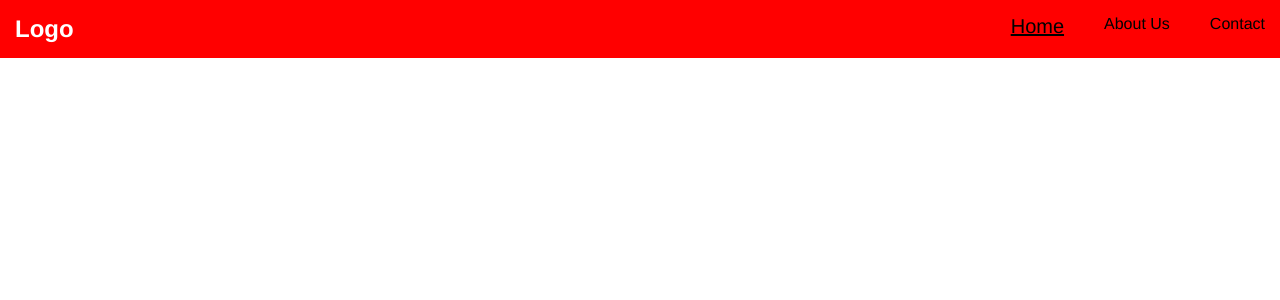
Repository: shreyajadhav13/TP_RP_05
Page: intermediate/assets/menu.html
The author's editor kept a copy of each file at every save. The page is drawn from the files as they stood at one save, then again after the next save.
The browser window is 1280 px wide. The pictures show the whole page.
The pointer rests on the first visible `.nav > div > ul > li`.

Above is the page before, as saved 2024-06-20 16:47:15.

### intermediate/assets/menu.html
<!DOCTYPE html>
<html lang="en">
<head>
    <meta charset="UTF-8">
    <meta name="viewport" content="width=device-width, initial-scale=1.0"/>
    <title>Navbar</title>
    <link rel="stylesheet" href="/assets/style.css">
</head>
<body>
    <nav class="nav">
        <div>
        <h1 class="main">Logo</h1>
        </div>
        <div>
        <ul>
                <li>Home</li>
                <li>About Us</li>
                <li>Contact</li>
        </ul>
    </div>
</nav>
</body>
</html>

### intermediate/assets/style.css
/* Global Selector */
*{
    /* CSS Resetting */
    margin: 0;
    padding: 0;
    box-sizing: border-box;
    font-family: 'Franklin Gothic Medium', 'Arial Narrow', Arial, sans-serif;
    list-style: none;
}

h1,label{
    font-family: 'Franklin Gothic Medium', 'Arial Narrow', Arial, sans-serif;
}

.button{
    border-color: black;
    padding: 3px 4px 1px 5px;
}

/*  Id Selector */
#login{
    color: white;
}
form{
    height: 300px;
    width: 300px;
    border: 2px ;
    border-radius: 8px;
    background-color:rgba(255, 255, 255, 0.322)


}

.main{
    color:white
}
/*  Class Selector */
.form-input{
    margin: 40px 0px 0px 0px;
}

button:hover {
    opacity: 0.8;

}
/* End Login */

/* Navbar */

.nav{
    display: flex;
    justify-content: space-between;
    background-color:red
}
.nav > div {
    padding:15px;
}

.nav > div > ul {
    display:flex;
    gap:40px;
}
.nav > div > ul > li:hover {
    text-decoration: underline;
    cursor: pointer;
    font-size: 20px;
}

/* End Navbar */

After the next save:
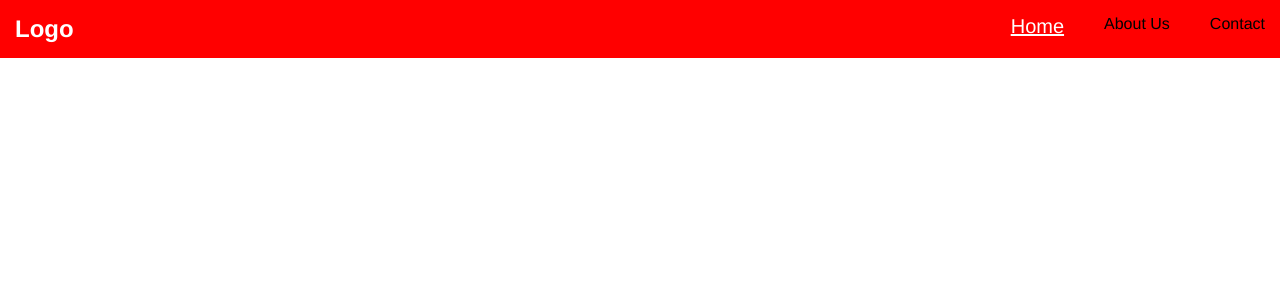
Saved 22 s later.
--- a/intermediate/assets/style.css
+++ b/intermediate/assets/style.css
@@ -64,6 +64,7 @@ button:hover {
     text-decoration: underline;
     cursor: pointer;
     font-size: 20px;
+    color:white
 }
 
 /* End Navbar */
